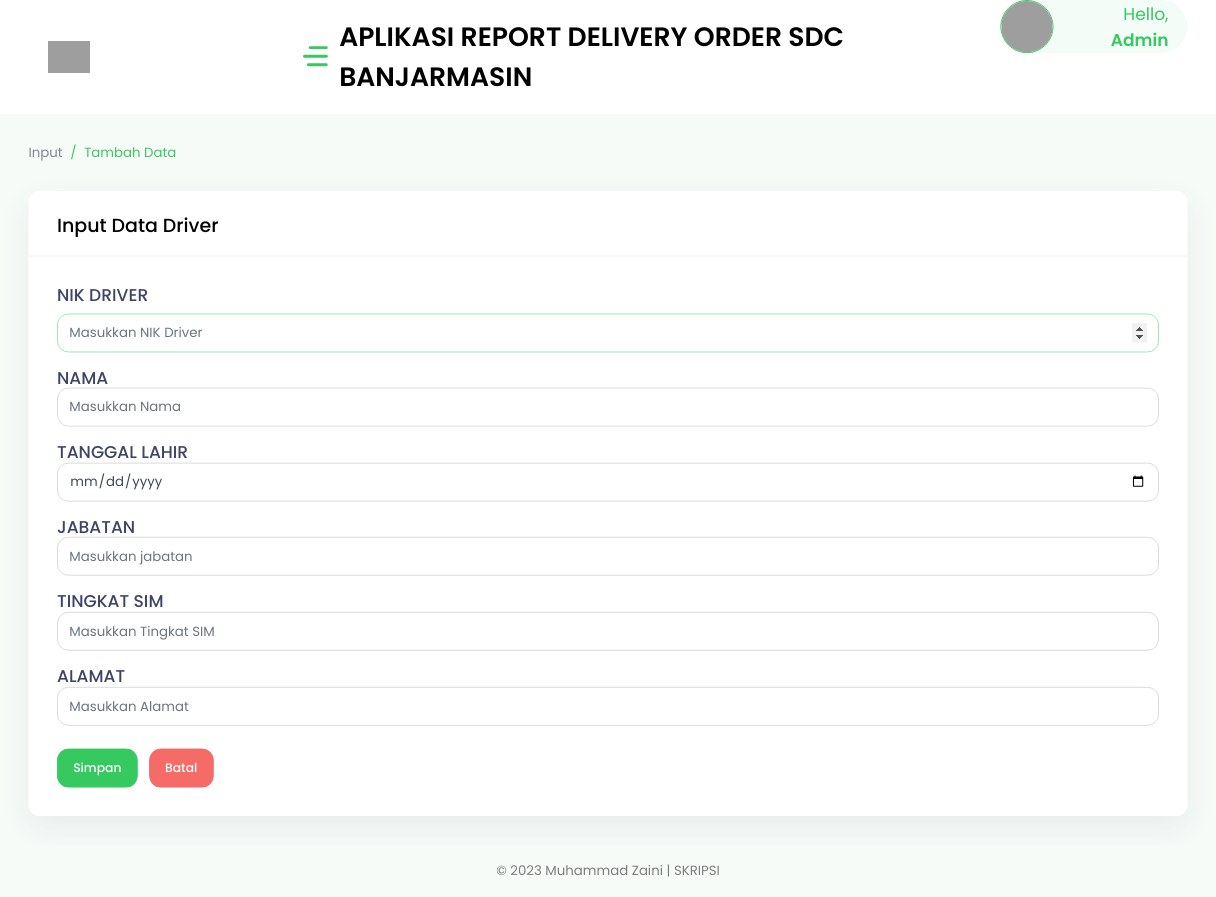
Repository: muhammadzainiy31/skripsi
Page: http://localhost/driver/input.php
An editor plug-in stored every save of this project. The page is shown before and after the next save, followed by the edit.
The browser window is 1280 px wide. The pictures show the whole page, at 95% of full size.
Pictures or frames that could not be fetched are drawn as grey boxes. The page is run by PHP 8.4 with error messages shown; the project is at /var/www/html/.

Above is the page before, as saved 2023-07-01 21:59:47.

After the next save:
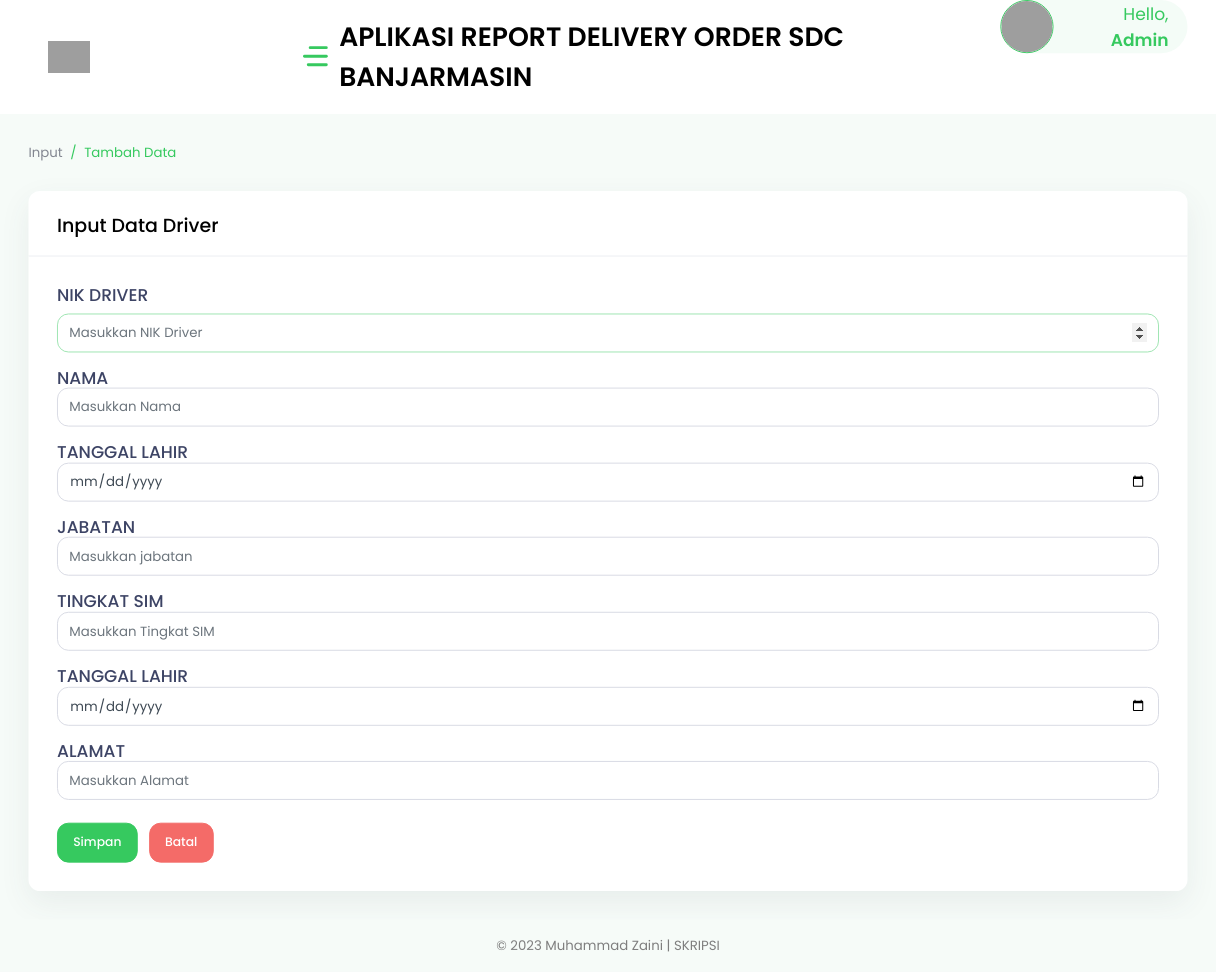
Saved 54 s later.
--- a/driver/input.php
+++ b/driver/input.php
@@ -84,6 +84,11 @@
                                                  <input type="text" class="form-control input-default " name="sim" class="form-control col-md-9" placeholder="Masukkan Tingkat SIM">
                                      </div>
 
+                                 <div class="form-group">
+                                      <h4 <label for="tanggal_lahir"> TANGGAL LAHIR </label>
+                                         <input type="date" class="form-control input-default " name="tanggal_lahir" class="form-control col-md-9" placeholder="Masukkan Password">
+                                     </div>
+
                                           <div class="form-group">
                                         <h4 <label for="alamat_driver"> ALAMAT </label>
                                         <input type="text" class="form-control input-default " name="alamat_driver" class="form-control col-md-9" placeholder="Masukkan Alamat">
